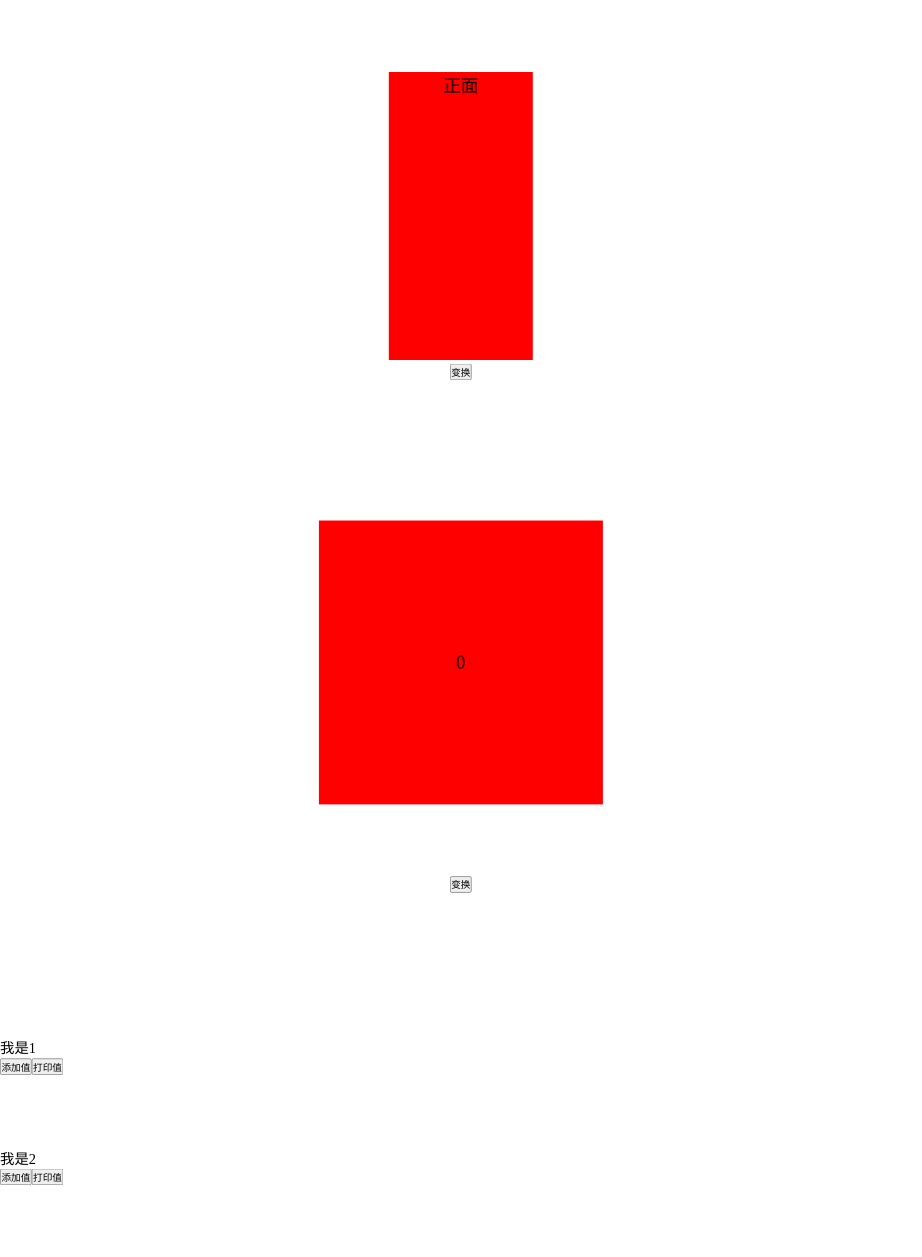
Repository: fengjinlovewei/beautiful
Page: /
An editor plug-in stored every save of this project. The page is shown before and after the next save, followed by the edit.
The browser window is 1280 px wide. The pictures show the whole page, at 72% of full size.
The project was rebuilt for these pictures with package versions that can differ from the ones it lists, and the page was loaded fresh each time.

Above is the page before, as saved 2021-02-21 22:12:41.

### src/index.css
* {
  margin: 0;
  padding: 0;
}
html {
  font-size: 20px;
}
.d1 {
  width: 200px;
  height: 400px;
  background-color: red;
}
.d2 {
  width: 200px;
  height: 400px;
  background-color: blue;
}

### src/App.tsx
import React, { useState } from 'react';
import Reverse from './components/reverse';
import Cube from './components/cube';
import Demo from './components/demo';
import './App.css';

function App() {
  const [move, setMove] = useState<boolean>(false);
  const [index, setIndex] = useState<number>(0);
  const btnReverse = () => {
    setMove((val) => !val);
  };
  const btnCube = () => {
    setIndex((val) => ++val);
  };
  const cubeMaps = Array(6)
    .fill(null)
    .map((item, i) => <div className={`cube cube-${i}`}>{i}</div>);
  const cubeSizeMaps = [30, 30, 30];
  return (
    <div className="App">
      <div className="App-header">
        {/* 翻牌子 */}
        <div className="type-item">
          <div>
            <Reverse
              front={<div className="d1">正面</div>}
              back={<div className="d2">背面</div>}
              move={move}
              speed={0.5}
            />
          </div>
          <div>
            <button onClick={btnReverse}>变换</button>
          </div>
        </div>
        {/* 立方体 */}
        <div className="type-item">
          <div>
            <Cube planeNode={cubeMaps} planeSize={cubeSizeMaps} index={index} unit="vw" />
          </div>
          <div style={{ marginTop: '100px' }}>
            <button onClick={btnCube}>变换</button>
          </div>
        </div>
      </div>
      <div className="type-item">
        <Demo text="我是1"></Demo>
      </div>
      <div className="type-item">
        <Demo text="我是2"></Demo>
      </div>
    </div>
  );
}

export default App;

### src/components/reverse/index.tsx
import React from 'react';
import Style from './index.module.scss';
/**
 * 建议正背面的元素宽高一致，如果不一致，将左右剧中，上下居下。
 */
interface ReverseProps {
  front: React.ReactElement;
  back: React.ReactElement;
  move: boolean;
  speed?: number;
}

const Reverse: React.FC<ReverseProps> = (props) => {
  const { front, back, move = false, speed = 1 } = props;
  return (
    <div className={`${Style['reverse-container']}`}>
      <div className={`${Style['reverse-container-info']} ${move ? Style['move'] : ''}`}>
        <div
          className={`${Style['reverse-item']} ${Style['front']}`}
          style={{ transitionDuration: speed + 's' }}
        >
          {front}
        </div>
        <div
          className={`${Style['reverse-item']} ${Style['back']}`}
          style={{ transitionDuration: speed + 's' }}
        >
          {back}
        </div>
      </div>
    </div>
  );
};

export default Reverse;

### src/components/cube/index.tsx
import React, { useRef, useEffect, useMemo } from 'react';
import Style from './index.module.scss';
/**
 * 假设这个立方体在你的正前方，它一共有6个面
 * 正面的平面（对着你的面）的 index 为 0，
 * 右侧面的平面 index 为 1，
 * 后面的平面（也即是和正面平面相对的那个面） index 为 2
 * 左侧面的平面（也即是和右侧面相对的那个面） index 为 3
 * 下面的平面 index 为 4
 * 上面的平面（也就是下面相对的那个面） index 为 5
 */

/**
 * 根据立方体的特性可得
 * 0（前面）和 2（后面） 的宽高必须一致
 * 1（右面）和 3（左面） 的宽高必须一致
 * 4（下面）和 5（上面） 的宽高必须一致
 * 实际上，只要确定了正面（后者后面） 和 右侧（或者左侧）的宽高，就能确定整个立方体的尺寸
 * 再进一步可发现，其实只要确定三条边就能确定一个立方体，那就是 正面的宽(x) 正面的高(y) 右侧面的宽(z)
 * 所以 planeSize 的参数，只需要传入3个值[x, y, z]就能确定
 */
interface CubeProps {
  planeSize: number[];
  planeNode: React.ReactElement[];
  index: number;
  speed?: number;
  unit?: 'px' | 'rem' | 'vw' | 'vh';
}

interface dataStorageProps {
  lastIndex: number | null;
  lastMap: number[];
}

interface logicProps {
  [x: string]: number[];
}

// x 轴 顺时针为正数，逆时针为负数
// y 轴 顺时针为负数，逆时针为正数
const originMaps: number[][] = [
  [0, 0],
  [0, -90],
  [0, -180],
  [0, 90],
  [90, 0],
  [-90, 0],
];
// x 轴 顺时针为正数，逆时针为负数
// y 轴 顺时针为负数，逆时针为正数
const logicMaps: logicProps = {
  '00': [0, 0],
  '01': [0, -1],
  '02': [0, 2],
  '03': [0, 1],
  '04': [1, 0],
  '05': [-1, 0],

  '10': [0, 1],
  '11': [0, 0],
  '12': [0, -1],
  '13': [0, 2],
  '14': [1, 0],
  '15': [-1, 0],

  '20': [0, 2],
  '21': [0, -1],
  '22': [0, 0],
  '23': [0, 1],
  '24': [1, 0],
  '25': [-1, 0],

  '30': [0, -1],
  '31': [0, 2],
  '32': [0, 1],
  '33': [0, 0],
  '34': [1, 0],
  '35': [-1, 0],

  '40': [0, 1],
  '41': [1, 0],
  '42': [0, -1],
  '43': [-1, 0],
  '44': [0, 0],
  '45': [2, 0],

  '50': [1, 0],
  '51': [0, -1],
  '52': [-1, 0],
  '53': [0, 1],
  '55': [0, 0],
  '54': [2, 0],
};
const transformValue = (arr: number[]) => {
  const [x = 0, y = 0] = arr;
  return `rotateX(${x}deg) rotateY(${y}deg)`;
};
const Cube: React.FC<CubeProps> = (props) => {
  const { speed = 1, planeNode, planeSize, unit = 'px' } = props;
  const index = props.index % 6 >> 0;
  const [sizeX, sizeY, sizeZ] = planeSize;
  const dataStorage = useRef<dataStorageProps>({ lastIndex: null, lastMap: [] });

  // 缩放系数
  // 由于使用了 perspective ，使得子元素 translateZ 值 将影响此元素的缩放比例
  // 当 translateZ 的值为正值，代表此元素离你更近了，所以就变大了
  // 当 translateZ 的值为负值，代表此元素离你更远了，所以就变小了
  // getCoefficient 的作用就是把缩放的元素，还原至原始大小
  console.log(2222);
  useEffect(() => {}, []);
  const coefficient = useMemo((): number => {
    const size = {
      px() {
        return sizeZ;
      }, //0.902
      rem() {
        const HTML = document.getElementsByTagName('html')[0];
        const fontSize = window.getComputedStyle(HTML, null).getPropertyValue('font-size');
        return parseFloat(fontSize) * sizeZ;
      },
      vw() {
        return (window.innerWidth / 100) * sizeZ;
      },
      vh() {
        return (window.innerHeight / 100) * sizeZ;
      },
    }[unit]();
    return 1200 / (1200 + size / 2);
  }, [sizeZ, unit]);
  const List = [
    {
      style: {
        width: sizeX + unit,
        height: sizeY + unit,
        transform: `translateZ(${sizeZ / 2}${unit}) rotateX(0deg)`,
      },
    },
    {
      style: {
        width: sizeZ + unit,
        height: sizeY + unit,
        transform: `translate3d(${sizeX - sizeZ / 2}${unit}, 0, 0) rotateY(90deg) `,
      },
    },
    {
      style: {
        width: sizeX + unit,
        height: sizeY + unit,
        transform: `translateZ(${-sizeZ / 2}${unit}) rotateX(180deg)`,
      },
    },
    {
      style: {
        width: sizeZ + unit,
        height: sizeY + unit,
        transform: `translate3d(${-(sizeX - sizeZ / 2)}${unit}, 0, 0) rotateY(-90deg) `,
      },
    },
    {
      style: {
        width: sizeX + unit,
        height: sizeZ + unit,
        transform: `translate3d(0, ${sizeY - sizeZ / 2}${unit}, 0) rotateX(-90deg)`,
      },
    },
    {
      style: {
        width: sizeX + unit,
        height: sizeZ + unit,
        transform: `translate3d(0, ${-(sizeY - sizeZ / 2)}${unit}, 0) rotateX(90deg)`,
      },
    },
  ];
  const transformMove = useMemo((): string => {
    console.log('进入函数');
    const { current } = dataStorage;
    const { lastIndex, lastMap } = current;
    // 如果是初始化， 直接返回上一个
    if (lastIndex === null) {
      // 记录上一个索引为当前
      current.lastIndex = index;
      // 记录上一个坐标信息为当前
      current.lastMap = originMaps[index];
      return transformValue(current.lastMap);
    }
    const key = '' + lastIndex + index;
    console.log(key);
    const currentLogic: number[] = logicMaps[key].map((item, s) => {
      const value = lastMap[s];
      return value + item * 90;
    });
    console.log(currentLogic);
    console.log(current);
    /*******/
    // 这尼玛真是个天坑啊！！！
    // 使用 useref 的值，和赋值 useref 会引起执行2次！
    /*******/
    setTimeout(() => {
      // 记录上一个索引为当前
      current.lastIndex = index;
    });
    return transformValue(currentLogic);
  }, [index]);
  return (
    <div className={`${Style['cube-container']}`} style={{ transform: `scale(${coefficient})` }}>
      <div
        className={`${Style['cube-info']}`}
        style={{
          transform: transformMove,
          transitionDuration: speed + 's',
          width: sizeX + unit,
          height: sizeY + unit,
        }}
      >
        {List.map((item, i) => {
          return (
            <div
              className={`${Style['cube-item']} ${Style['cube-item-' + i]}`}
              style={item.style}
              key={i}
            >
              <div className={`${Style['item-info']}`}>{planeNode[i] ? planeNode[i] : ''}</div>
            </div>
          );
        })}
      </div>
    </div>
  );
};

export default Cube;

### src/components/demo/index.tsx
import React, { useRef, useEffect } from 'react';

interface DemoProps {
  text?: string;
}

interface anyProps {
  [x: string]: string | number | number[];
}

const usePrevious = (state: any) => {
  const ref = useRef();
  useEffect(() => {
    ref.current = state;
  });
  return ref.current;
};
const data = { value: 0 };
const Demo: React.FC<DemoProps> = (props) => {
  const { text } = props;
  const data = usePrevious(0);
  const add = () => {
    data.value++;
  };
  const lock = () => {
    console.log(data);
  };
  return (
    <div>
      <p>{text}</p>
      <button onClick={add}>添加值</button>
      <button onClick={lock}>打印值</button>
    </div>
  );
};

export default Demo;

### src/App.css
.App-header {
  min-height: 100vh;
  display: flex;
  flex-direction: column;
  align-items: center;
  justify-content: center;
  font-size: calc(10px + 2vmin);
  text-align: center;
}
.type-item {
  margin: 100px 0;
}
.cube {
  width: 100%;
  height: 100%;
  display: flex;
  justify-content: center;
  align-items: center;
}
.cube-0 {
  background-color: red;
}
.cube-1 {
  background-color: blue;
}
.cube-2 {
  background-color: yellow;
}
.cube-3 {
  background-color: green;
}
.cube-4 {
  background-color: pink;
}
.cube-5 {
  background-color: purple;
}

### src/components/reverse/index.module.scss
.reverse-container {
  display: flex;
  justify-content: center;
  align-items: center;
  .reverse-container-info {
    position: relative;
    display: flex;
    justify-content: center;
    align-items: center;
    perspective: 800px;
    .reverse-item {
      transition-duration: 1s;
      backface-visibility: hidden;
    }
    .front {
      visibility: visible;
      position: relative;
      transform: rotateY(0deg);
      z-index: 20;
    }
    .back {
      visibility: hidden;
      position: absolute;
      left: 0;
      right: 0;
      bottom: 0;
      margin: auto;
      transform: rotateY(180deg);
      z-index: 1;
    }
    &.move {
      .front {
        visibility: hidden;
        z-index: 20;
        transform: rotateY(-180deg);
      }
      .back {
        visibility: visible;
        z-index: 1;
        transform: rotateY(0deg);
      }
    }
  }
}

### src/components/cube/index.module.scss
.cube-container {
  width: 100%;
  height: 100%;
  perspective: 1200px;
  .cube-info {
    position: relative;
    transform-style: preserve-3d;
    transition-property: transform;
    .cube-item {
      display: flex;
      flex-direction: column;
      justify-content: center;
      position: absolute;
      backface-visibility: hidden;
      background-color: #fff;
    }
    .cube-item-0 {
      top: 0;
      left: 0;
    }
    .cube-item-1 {
      top: 0;
      left: 0;
    }
    .cube-item-2 {
      top: 0;
      left: 0;
    }
    .cube-item-3 {
      top: 0;
      right: 0;
    }
    .cube-item-4 {
      top: 0;
      left: 0;
    }
    .cube-item-5 {
      bottom: 0;
      left: 0;
    }
    .item-info {
      display: flex;
      flex-direction: column;
      align-items: center;
      width: 100%;
      height: 100%;
    }
  }
}

Loaded but not shown: public/index.html (common file); src/index.tsx (common file); src/reportWebVitals.ts (common file)

After the next save:
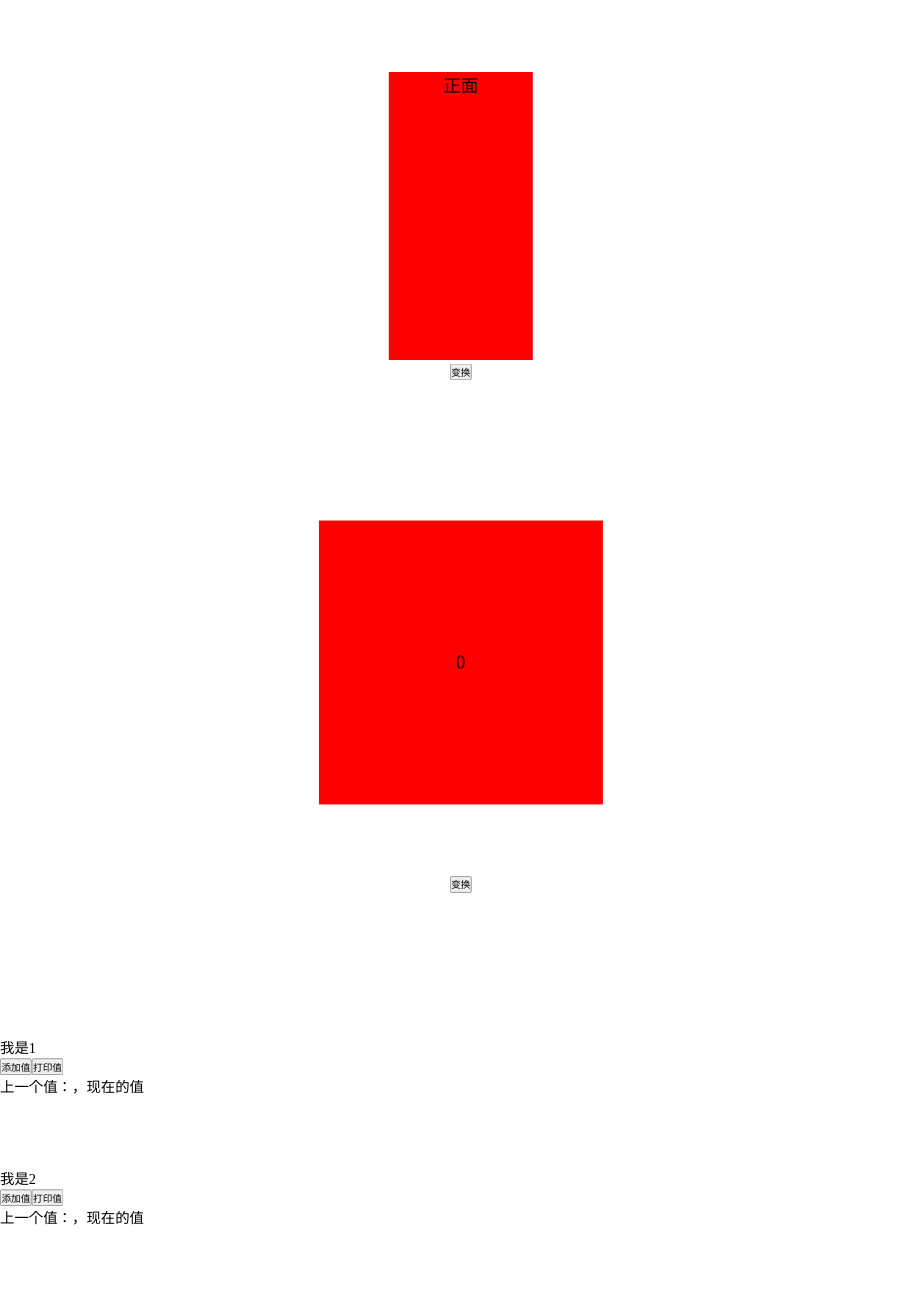
Saved 4 min 16 s later.
--- a/src/components/demo/index.tsx
+++ b/src/components/demo/index.tsx
@@ -1,4 +1,4 @@
-import React, { useRef, useEffect } from 'react';
+import React, { useRef, useEffect, useState } from 'react';
 
 interface DemoProps {
   text?: string;
@@ -15,21 +15,25 @@ const usePrevious = (state: any) => {
   });
   return ref.current;
 };
-const data = { value: 0 };
+
 const Demo: React.FC<DemoProps> = (props) => {
   const { text } = props;
-  const data = usePrevious(0);
+  const [now, setNow] = useState(0);
+  const last = usePrevious(now);
   const add = () => {
-    data.value++;
+    setNow(now + 1);
   };
   const lock = () => {
-    console.log(data);
+    console.log(now);
   };
   return (
     <div>
       <p>{text}</p>
       <button onClick={add}>添加值</button>
       <button onClick={lock}>打印值</button>
+      <p>
+        上一个值：{last}，现在的值{last}
+      </p>
     </div>
   );
 };
